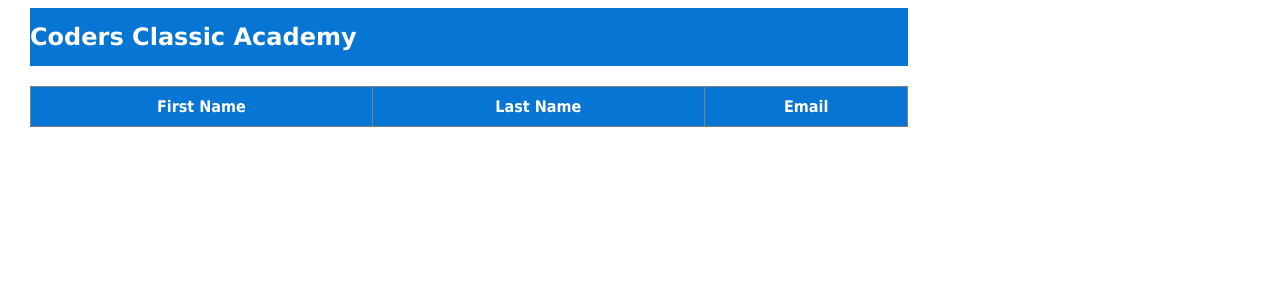
Repository: mangeshgayakwad2020/jsp_servlet
Page: http://localhost/StudentCrudDemo/StudentControllerServlet
The author's editor kept a copy of each file at every save. The page is drawn from the files as they stood at one save, then again after the next save.
The browser window is 1280 px wide. The pictures show the whole page.
The page is served by Tomcat 9. Queries for data that is not in the repository find no rows.

Above is the page before, as saved 2019-08-22 13:18:44.

After the next save:
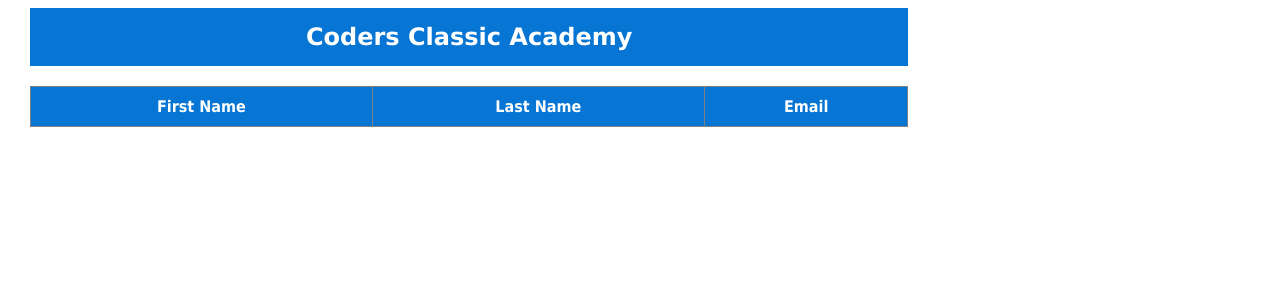
Saved 2 min 45 s later.
--- a/StudentCrudDemo/WebContent/list-students.jsp
+++ b/StudentCrudDemo/WebContent/list-students.jsp
@@ -17,7 +17,7 @@
 
 	<div id="wrapper">
 		<div id="header">
-			<h2>Coders Classic Academy</h2>
+			<h2 align="center">Coders Classic Academy</h2>
 		</div>
 	</div>
 
